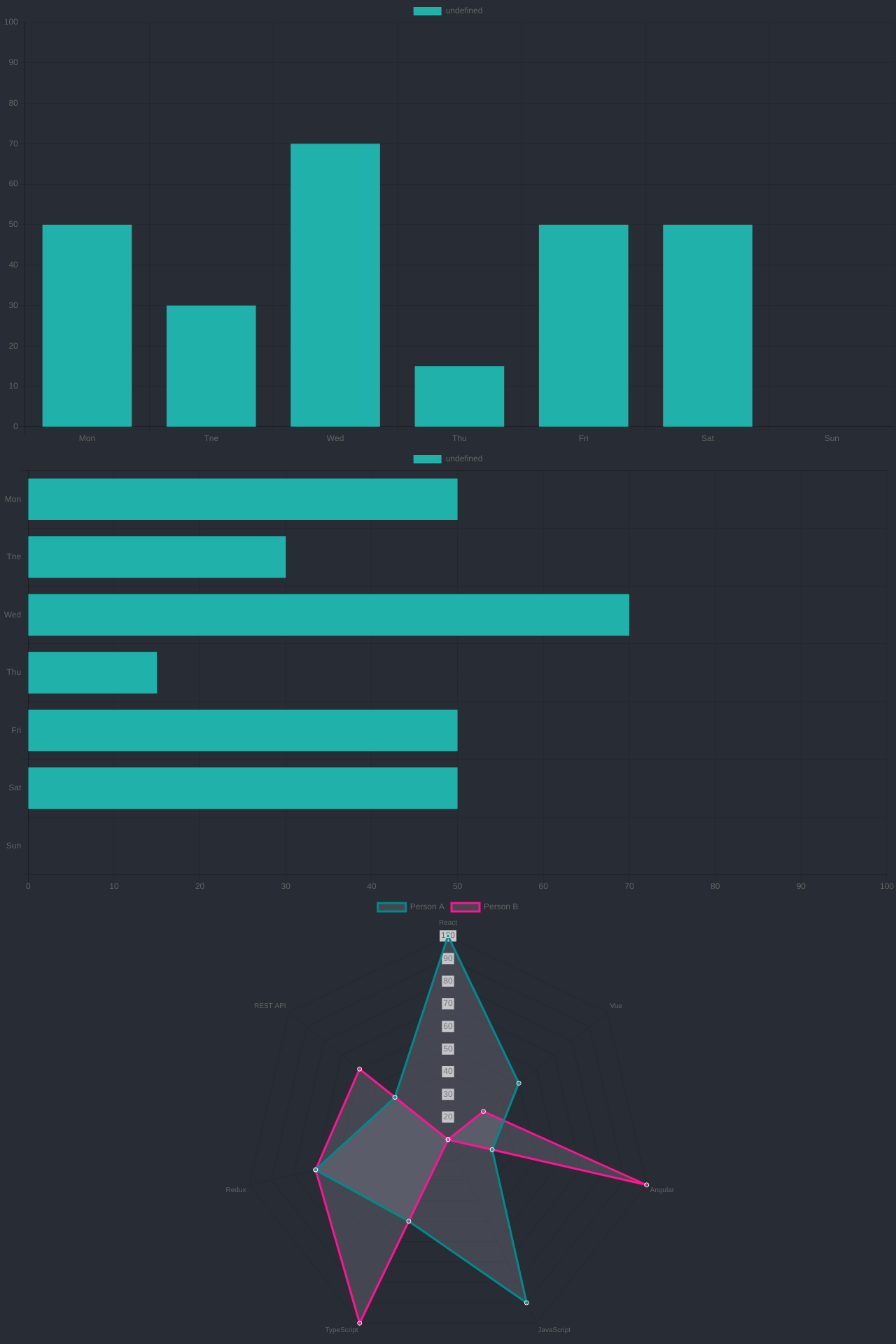
Repository: ShunsukeTanizaki/COVID19-Live
Page: /
The author's editor kept a copy of each file at every save. The page is drawn from the files as they stood at one save, then again after the next save.
The browser window is 1280 px wide. The pictures show the part of the page from y = 1920 to 3840 px (the page is 3840 px tall), at 70% of full size.
The project was rebuilt for these pictures with package versions that can differ from the ones it lists, and the page was loaded fresh each time.

Above is the page before, as saved 2020-11-06 00:19:56.

### src/App.tsx
import React from "react";
// import logo from "./logo.svg";
import "./App.css";
import LinePlot from "./components/LinePlot";
import PiePlot from "./components/PiePlot";
import BarPlot from "./components/BarPlot";
import RaderPlot from "./components/RaderPlot";

function App() {
    return (
        <div className="App">
            <LinePlot />
            <PiePlot />
            <BarPlot />
            <RaderPlot />
        </div>
    );
}

export default App;

### src/App.css
.App {
    background-color: #282c34;
    text-align: center;
}

.App-logo {
    height: 40vmin;
    pointer-events: none;
}

@media (prefers-reduced-motion: no-preference) {
    .App-logo {
        animation: App-logo-spin infinite 20s linear;
    }
}

.App-header {
    background-color: #282c34;
    min-height: 100vh;
    display: flex;
    flex-direction: column;
    align-items: center;
    justify-content: center;
    font-size: calc(10px + 2vmin);
    color: white;
}

.App-link {
    color: #61dafb;
}

@keyframes App-logo-spin {
    from {
        transform: rotate(0deg);
    }
    to {
        transform: rotate(360deg);
    }
}

### src/components/LinePlot.tsx
import React from "react";
import { Line } from "react-chartjs-2";

const data = {
    labels: ["Mon", "Tne", "Wed", "Thu", "Fri", "Sat", "Sun"],
    datasets: [
        {
            label: "Demo Line plot",
            backgroundColor: "#008080",
            borderColor: "#7fffd4",
            pointBorderWidth: 10,
            data: [1, 6, 9, 15, 30, 40, 80]
        }
    ]
};

const LinePlot: React.FC = () => {
    return (
        <div>
            <Line data={data} />
        </div>
    );
};

export default LinePlot;

### src/components/PiePlot.tsx
import React from "react";
import { Pie, Doughnut } from "react-chartjs-2";

const data = {
    labels: ["Windows", "Mac", "Linux"],
    datasets: [
        {
            data: [90, 7, 3],
            backgroundColor: ["#4196e1", "#ff1493", "#FFCE56"],
            hoverBackgroundColor: ["#36A2BE", "#FF6384", "#FFCE56"],
            borderColor: ["transparent", "transparent", "transparent"]
        }
    ]
};

const PiePlot: React.FC = () => {
    return (
        <div>
            <Pie data={data} />
            <Doughnut data={data} />
        </div>
    );
};

export default PiePlot;

### src/components/BarPlot.tsx
import React from "react";
import { Bar, HorizontalBar } from "react-chartjs-2";

const data = {
    labels: ["Mon", "Tne", "Wed", "Thu", "Fri", "Sat", "Sun"],
    datasets: [
        {
            labsl: "Demo bdr plot",
            backgroundColor: "#20b2aa",
            borderColor: "transParent",
            hoverBackgroundColor: "#5f9ea0",
            data: [50, 30, 70, 15, 50, 50, 0, 100]
        }
    ]
};

const BarPlot: React.FC = () => {
    return (
        <div>
            <Bar data={data} />
            <HorizontalBar data={data} />
        </div>
    );
};

export default BarPlot;

### src/components/RaderPlot.tsx
import React from "react";
import { Radar } from "react-chartjs-2";

const data = {
    labels: [
        "React",
        "Vue",
        "Angular",
        "JavaScript",
        "TypeScript",
        "Redux",
        "REST API"
    ],
    datasets: [
        {
            label: "Person A",
            backgroundColor: "rgba(179,181,198,0.2)",
            borderColor: "#008b8b",
            pointBackgloundColor: "#008b8b",
            pointBorderColor: "#fff",
            data: [100, 50, 30, 90, 50, 70, 40]
        },
        {
            label: "Person B",
            backgroundColor: "rgba(179,181,198,0.2)",
            borderColor: "#ff1493",
            pointBackgloundColor: "#ff1493",
            pointBorderColor: "#fff",
            data: [10, 30, 100, 10, 100, 70, 60]
        }
    ]
};
const RaderPlot: React.FC = () => {
    return (
        <div>
            <Radar data={data} />
        </div>
    );
};

export default RaderPlot;

Loaded but not shown: public/index.html (common file); src/index.tsx (common file); src/index.css (common file); src/reportWebVitals.ts (common file)

After the next save:
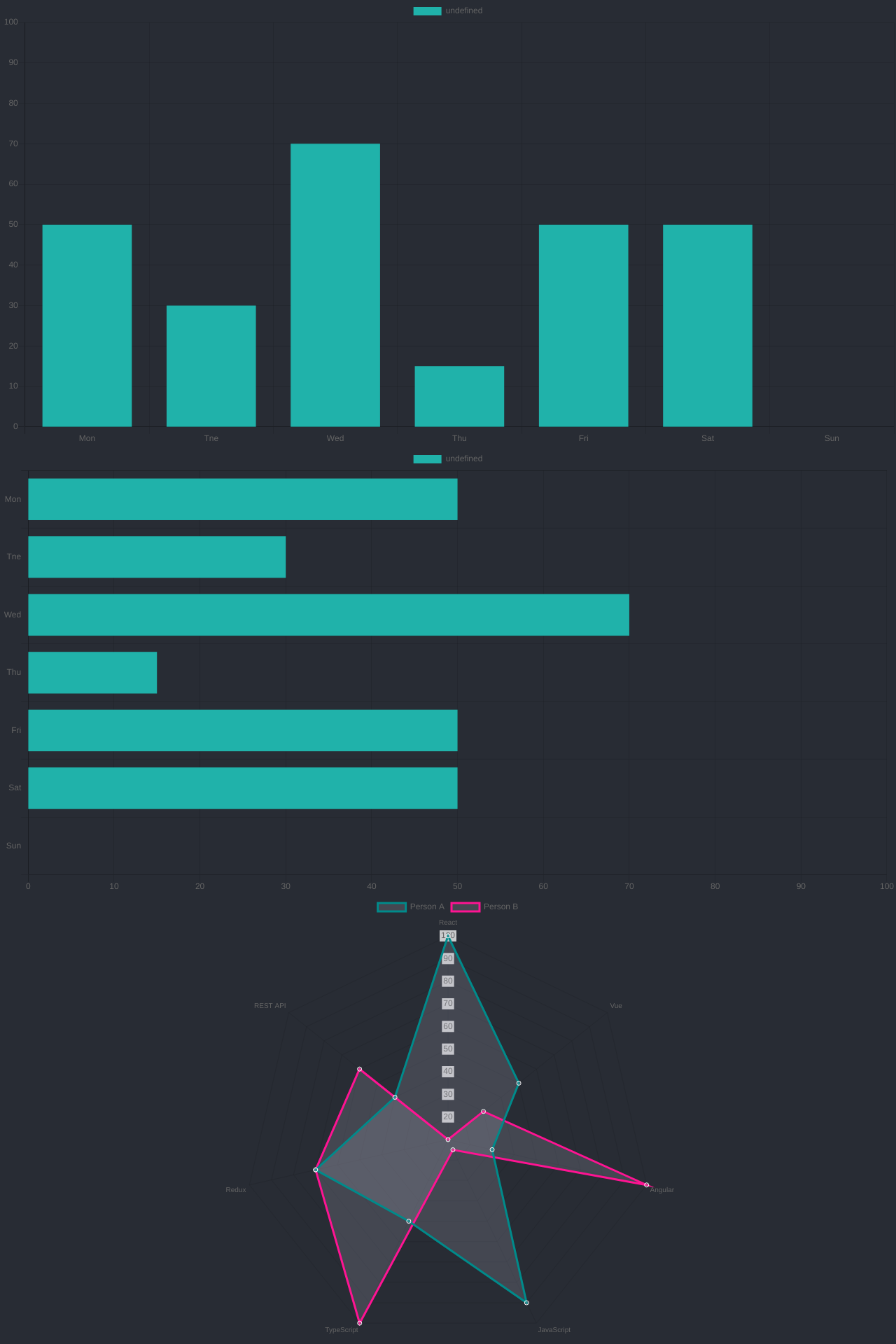
Saved 9 min 5 s later.
--- a/src/components/RaderPlot.tsx
+++ b/src/components/RaderPlot.tsx
@@ -26,7 +26,7 @@
             borderColor: "#ff1493",
             pointBackgloundColor: "#ff1493",
             pointBorderColor: "#fff",
-            data: [10, 30, 100, 10, 100, 70, 60]
+            data: [10, 30, 100, 15, 100, 70, 60]
         }
     ]
 };

After the save that followed:
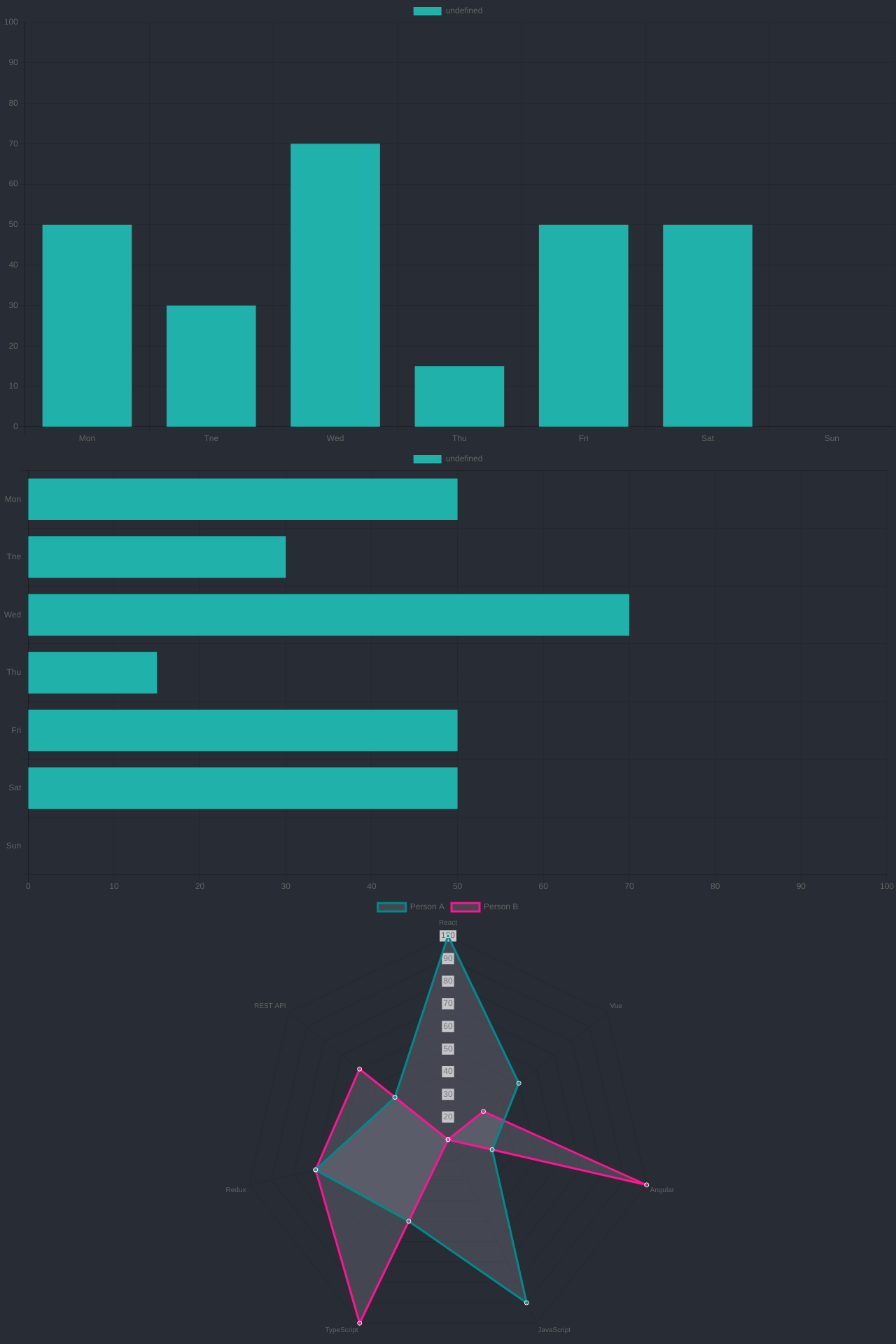
Saved 11 s later.
--- a/src/components/RaderPlot.tsx
+++ b/src/components/RaderPlot.tsx
@@ -26,7 +26,7 @@
             borderColor: "#ff1493",
             pointBackgloundColor: "#ff1493",
             pointBorderColor: "#fff",
-            data: [10, 30, 100, 15, 100, 70, 60]
+            data: [10, 30, 100, 10, 100, 70, 60]
         }
     ]
 };
